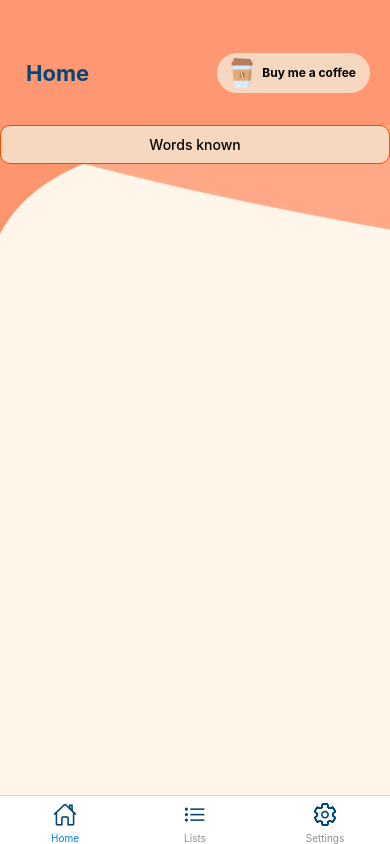
Repository: David-Waite/SpellingApp
Screen: /
These files come from the project's save history. The screen is drawn as it stood at one moment and after a run of saves; the edit follows.
The app was drawn by React Native's web renderer in a window 390 px wide. The project was rebuilt for these pictures with package versions that can differ from the ones it lists, and the page was loaded fresh each time. Also part of the build but not shown: screens/Settings.js, screens/SpellWord.js, screens/WordsLearnt.js, screens/WordListOverview.js, screens/WordLists.js, screens/Donate.js.

Above is the screen before, as saved 2023-06-22 22:12:04.

### App.js
import { NavigationContainer } from "@react-navigation/native";
import { StatusBar } from "expo-status-bar";
import { StyleSheet } from "react-native";
import { Ionicons } from "@expo/vector-icons";

import Home from "./screens/Home";
import Settings from "./screens/Settings";
import SpellWord from "./screens/SpellWord";
import WordsLearnt from "./screens/WordsLearnt";
import WordListOverview from "./screens/WordListOverview";
import WordLists from "./screens/WordLists";
import Donate from "./screens/Donate";

import { createStackNavigator } from "@react-navigation/stack";
import { createBottomTabNavigator } from "@react-navigation/bottom-tabs";
import { GlobalStyles } from "./constants/styles";

import CoffeeBtn from "./components/ui/CoffeeBtn";

const BottomTabs = createBottomTabNavigator();
const Stack = createStackNavigator();

function BottomTabsScreens() {
  return (
    <BottomTabs.Navigator>
      <BottomTabs.Screen
        name="Home"
        component={Home}
        headerShadowVisible={false}
        options={({ navigation }) => ({
          headerRight: () => (
            <CoffeeBtn
              onPress={() => {
                navigation.navigate("Donate");
              }}
            />
          ),
          title: "Home",
          tabBarLabel: "Home",
          headerTitleAlign: "left",
          headerShadowVisible: false,
          headerTitleStyle: {
            color: GlobalStyles.colors.accent500,
            fontSize: 22,
            marginLeft: 10,
            fontWeight: 700,
            marginBottom: -20,
          },
          headerStyle: {
            backgroundColor: GlobalStyles.colors.primary400,
            height: 125,
          },

          tabBarIcon: ({ color, size }) => (
            <Ionicons
              name="home-outline"
              size={size}
              color={GlobalStyles.colors.accent500}
            />
          ),
        })}
      />
      <BottomTabs.Screen
        name="WordLists"
        component={WordLists}
        options={{
          title: "Word Lists",
          tabBarLabel: "Lists",
          tabBarIcon: ({ color, size }) => (
            <Ionicons
              name="list-outline"
              size={size}
              color={GlobalStyles.colors.accent500}
            />
          ),
        }}
      />
      <BottomTabs.Screen
        name="Settings"
        component={Settings}
        options={{
          title: "Settings",
          tabBarLabel: "Settings",
          tabBarIcon: ({ color, size }) => (
            <Ionicons
              name="settings-outline"
              size={size}
              color={GlobalStyles.colors.accent500}
            />
          ),
        }}
      />
    </BottomTabs.Navigator>
  );
}
export default function App() {
  return (
    <>
      <StatusBar style="light" />
      <NavigationContainer>
        <Stack.Navigator>
          <Stack.Screen
            name="BottomTabsScreen"
            component={BottomTabsScreens}
            options={{ headerShown: false }}
          />
          <Stack.Screen
            name="WordsLearnt"
            component={WordsLearnt}
            options={{ presentation: "modal" }}
          />
          <Stack.Screen name="WordListOverview" component={WordListOverview} />
          <Stack.Screen
            name="SpellWord"
            component={SpellWord}
            options={{ presentation: "modal" }}
          />
          <Stack.Screen
            name="Donate"
            component={Donate}
            options={{ presentation: "modal" }}
          />
        </Stack.Navigator>
      </NavigationContainer>
    </>
  );
}

const styles = StyleSheet.create({
  container: {
    flex: 1,
    backgroundColor: "#fff",
    alignItems: "center",
    justifyContent: "center",
  },
});

### screens/Home.js
import { ImageBackground, Text, View } from "react-native";
import { Dimensions } from "react-native";

import { StyleSheet } from "react-native";
import { GlobalStyles } from "../constants/styles";

import WordsLearntCard from "../components/ui/WordsLearntCard";

const windowWidth = Dimensions.get("window").width;
const windowHeight = Dimensions.get("window").height;
const imageHeight = windowWidth / 3.5;

function Home({ navigation }) {
  return (
    <View style={styles.container}>
      <ImageBackground
        style={styles.ImageBackground}
        source={require("../images/SpellingAppHeaderBackground.png")}
      >
        <WordsLearntCard navigation={navigation} />
      </ImageBackground>
    </View>
  );
}

export default Home;

const styles = StyleSheet.create({
  container: {
    flex: 1,
    backgroundColor: GlobalStyles.colors.background,
  },
  ImageBackground: {
    resizeMode: "contain",
    width: windowWidth,
    height: imageHeight,
  },
});

### constants/styles.js
export const GlobalStyles = {
  colors: {
    background: "#FFF6E9",
    primary50: "#FFF0E5",
    primary100: "#F6D7BF",
    primary100Dark: "#c7ad99",
    primary300: "#FFA989",
    primary400: "#FF9872",
    primary500: "#FF946E",
    primary800: "#FF4400",
    accent500: "#00467B",
    success500: "#0A8900",
    error500: "#FF0000",
  },
};

### components/ui/CoffeeBtn.js
import { Image } from "react-native";
import { StyleSheet } from "react-native";
import { Pressable } from "react-native";
import { View, Text } from "react-native";
import { GlobalStyles } from "../../constants/styles";

function CoffeeBtn({ onPress }) {
  return (
    <Pressable
      onPress={onPress}
      style={({ pressed }) => [styles.conatiner, pressed && styles.pressed]}
    >
      <View style={styles.layoutConatiner}>
        <Image
          style={styles.coffee}
          source={require("../../images/coffee-cup.png")}
        />
        <Text style={styles.text}>Buy me a coffee</Text>
      </View>
    </Pressable>
  );
}

export default CoffeeBtn;

const styles = StyleSheet.create({
  conatiner: {
    backgroundColor: GlobalStyles.colors.primary100,
    borderRadius: 20,
    paddingLeft: 10,
    paddingRight: 14,
    paddingVertical: 5,
    marginRight: 20,
    marginBottom: -20,
  },
  layoutConatiner: {
    flexDirection: "row",
    alignItems: "center",
    gap: 5,
  },
  text: {
    fontSize: 12,
    fontWeight: 700,
  },
  coffee: {
    width: 30,
    height: 30,
  },
  pressed: {
    backgroundColor: GlobalStyles.colors.primary100Dark,
    borderRadius: 20,
  },
});

### components/ui/WordsLearntCard.js
import { Text, StyleSheet } from "react-native";

import { GlobalStyles } from "../../constants/styles";
import { Pressable } from "react-native";
import { View } from "react-native";

function WordsLearntCard({ navigation }) {
  return (
    <Pressable onPress={() => navigation.navigate("WordsLearnt")}>
      <View style={styles.container}>
        <Text style={styles.WordsKnownText}>Words known</Text>
      </View>
    </Pressable>
  );
}

export default WordsLearntCard;

const styles = StyleSheet.create({
  container: {
    backgroundColor: GlobalStyles.colors.primary100,
    paddingHorizontal: 10,
    paddingVertical: 10,
    borderRadius: 10,
    borderColor: GlobalStyles.colors.primary800,
    borderWidth: 1,
  },
  WordsKnownText: {
    textAlign: "center",
    fontWeight: "500",
  },
  pressed: {
    opacity: 0.75,
  },
});

After the next 2 saves:
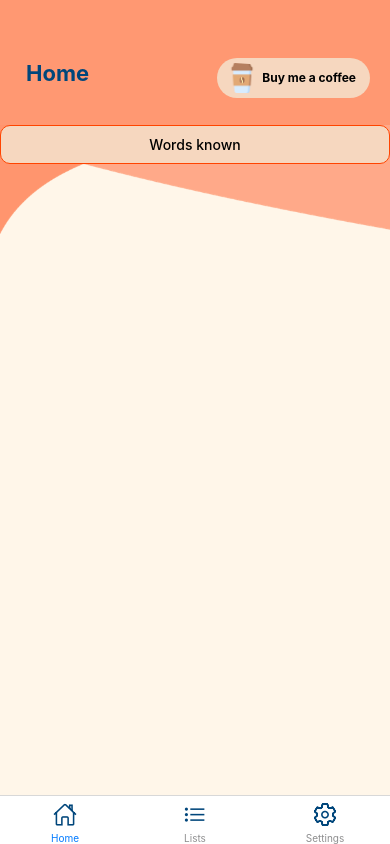
The 2 saves are shown as one change because they came seconds apart.
The last was saved 7 s later.
--- a/components/ui/CoffeeBtn.js
+++ b/components/ui/CoffeeBtn.js
@@ -31,7 +31,7 @@ const styles = StyleSheet.create({
     paddingRight: 14,
     paddingVertical: 5,
     marginRight: 20,
-    marginBottom: -20,
+    marginBottom: -30,
   },
   layoutConatiner: {
     flexDirection: "row",
